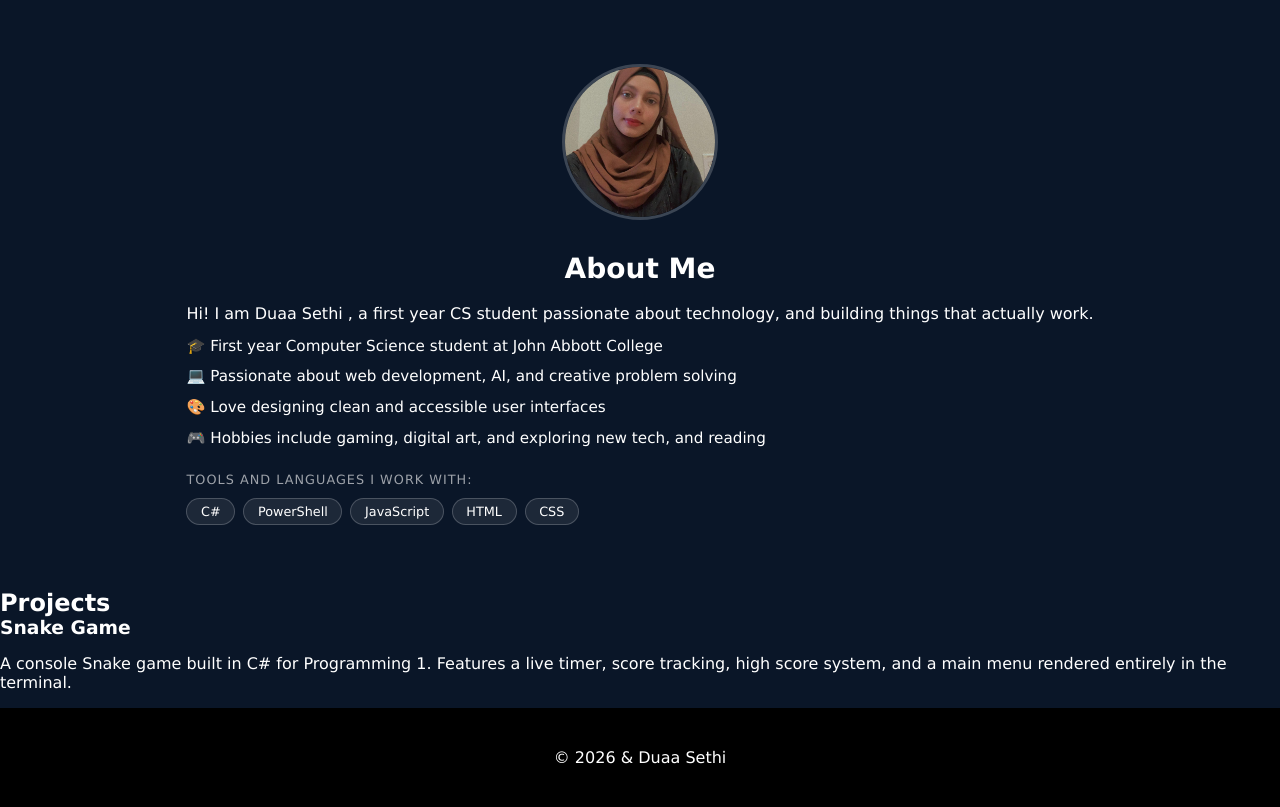
Repository: Duaa-Sethi/Duaa-Sethi
Page: index.html
The author's editor kept a copy of each file at every save. The page is drawn from the files as they stood at one save, then again after the next save.
The browser window is 1280 px wide. The pictures show the part of the page from y = 835 to 1677 px (the page is 1642 px tall before and 1677 px after).
Some web fonts or font styles are not loaded; a fallback is used.

Above is the page before, as saved 2026-05-02 15:09:14.

After the next save:
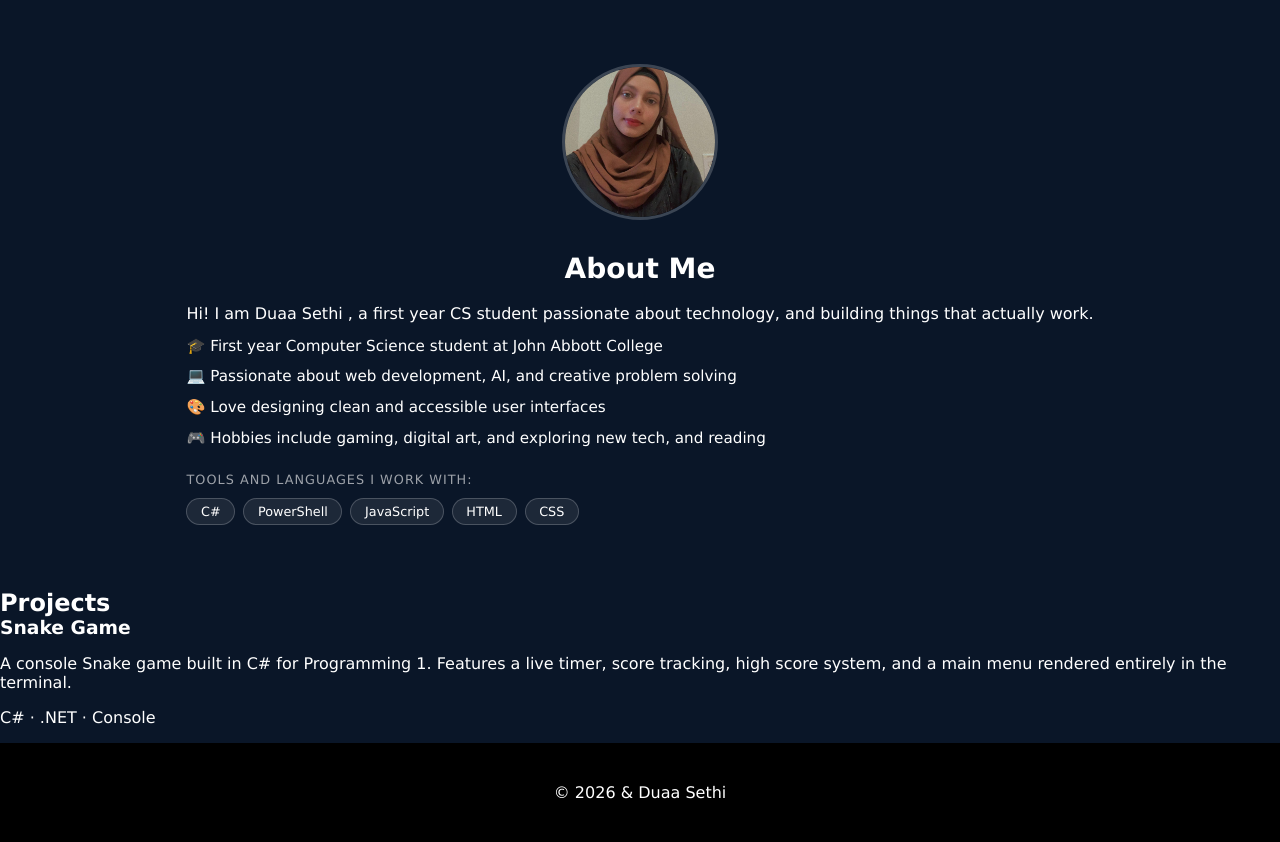
Saved 9 s later.
--- a/index.html
+++ b/index.html
@@ -71,6 +71,7 @@
             timer, score tracking, high score system, and a main menu rendered
             entirely in the terminal.
           </p>
+          <p class="tech">C# · .NET · Console</p>
         </article>
       </div>
     </section>
